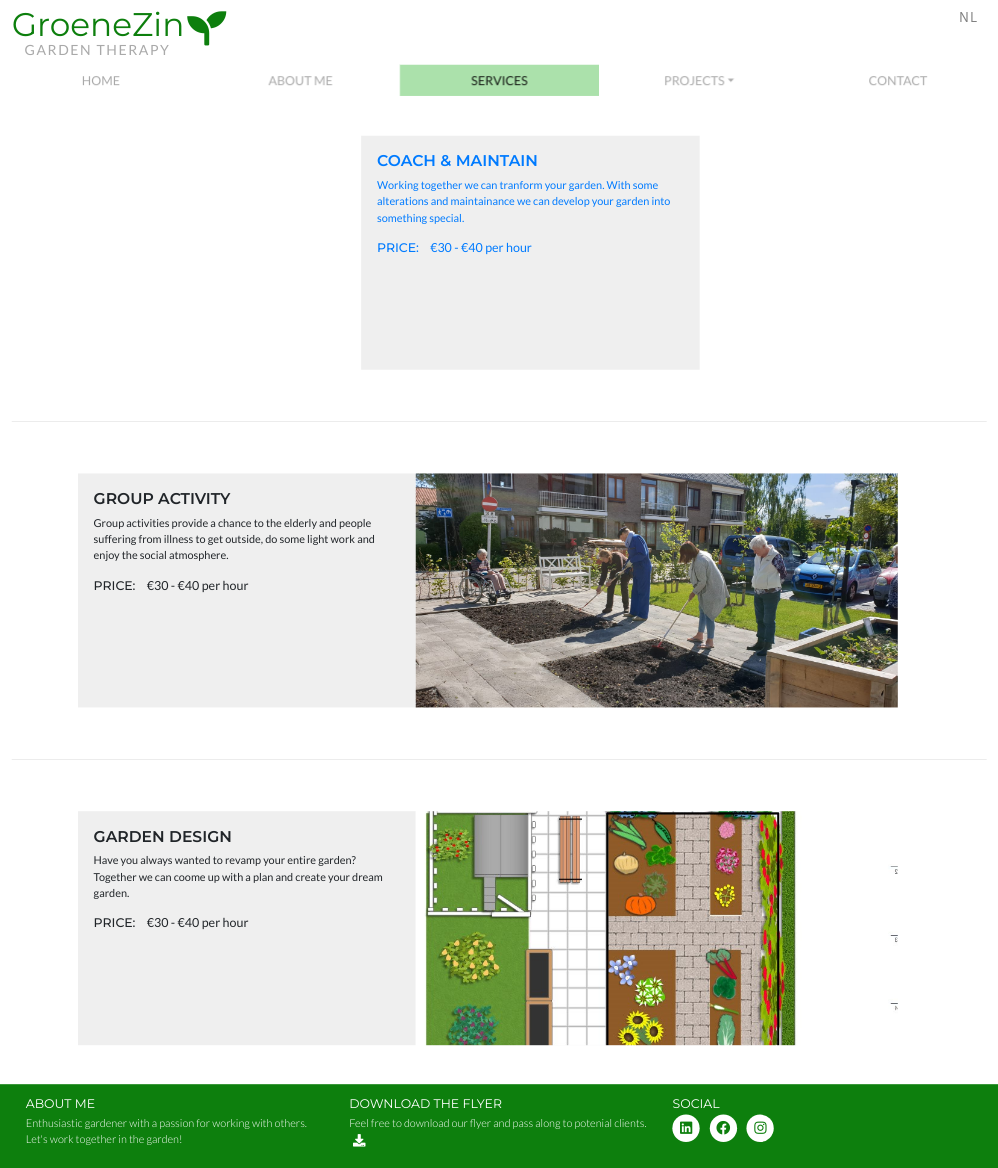
Repository: Sparkplug84/MilestoneProject1
Page: services.html
The author's editor kept a record of every edit. The page is drawn from the files as they stood at one moment, then again after the next edit.
The browser window is 1280 px wide. The pictures show the whole page, at 78% of full size.
Some web libraries are served in a nearby version.

Above is the page before.
Console error: TypeError: Cannot read properties of undefined (reading 'fn')

After the next edit:
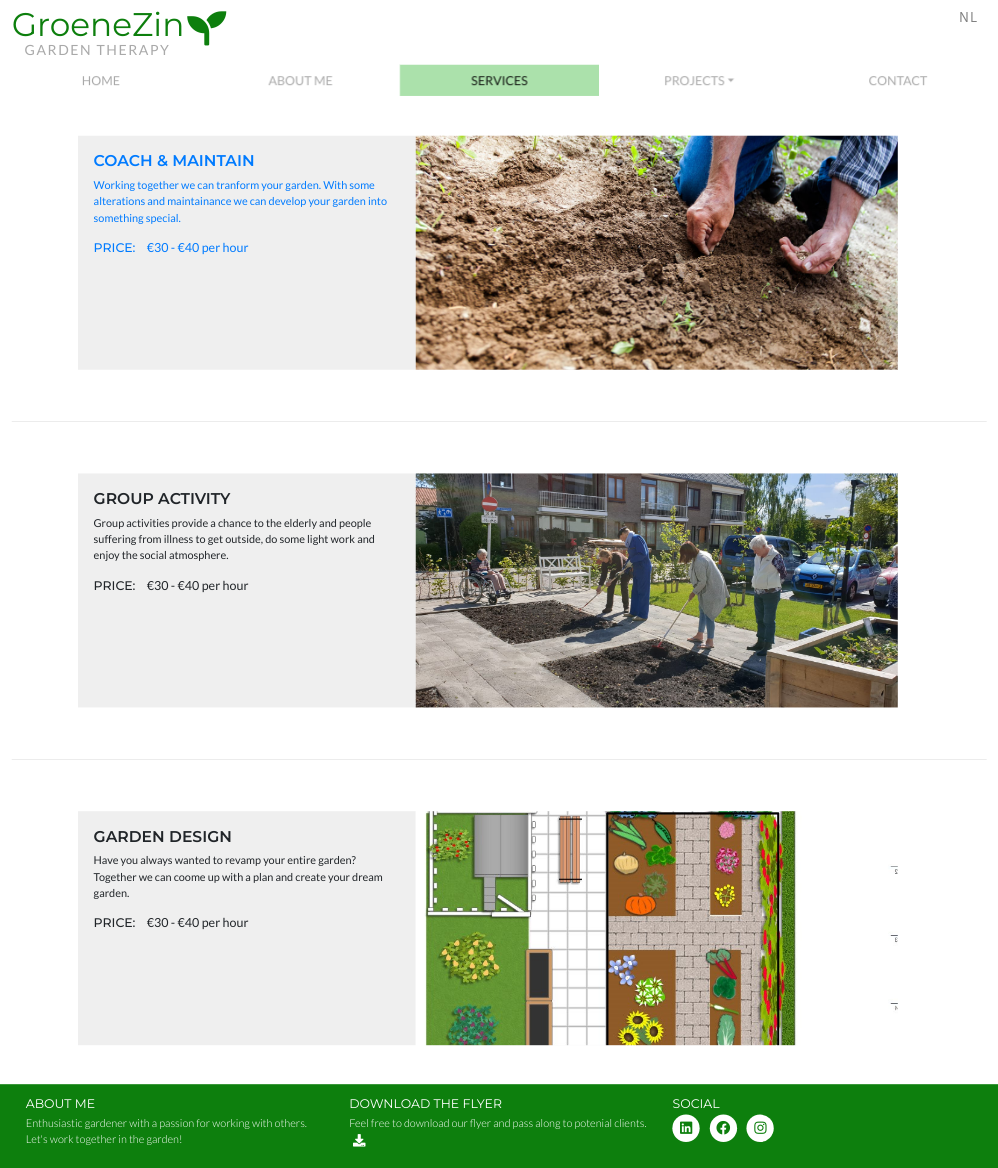
The edit:
--- a/services.html
+++ b/services.html
@@ -57,9 +57,10 @@
     <div class="container-fluid services-container">
 
 
-            <div class="row">
-                <div class="col-md-5 services-section">
-                    <a class="coaching-link" href="coaching.html">
+        <div class="row">
+            <a class="coaching-link" href="coaching.html">
+            <div class="col-md-5 services-section">
+
                     <div class="services-sub">
                         <h5 class="services-heading uppercase">Coach & Maintain</h5>
                         <p class="services-info">Working together we can tranform your garden. With some alterations and maintainance we can develop your garden into something special.
@@ -67,12 +68,13 @@
                         <h6 class="price-heading uppercase">Price:</h6>
                         <p class="price-info">€30 - €40 per hour</p>
                     </div>
-                </div>
-                <div class="col-md-7 photo-section">
-                    <div class="photo-service1"></div>
-                </div>
+                </a>
             </div>
-        </a>
+            <div class="col-md-7 photo-section">
+                <div class="photo-service1"></div>
+            </div>
+        </div>
+
 
         <hr>
 

After the edit that followed:
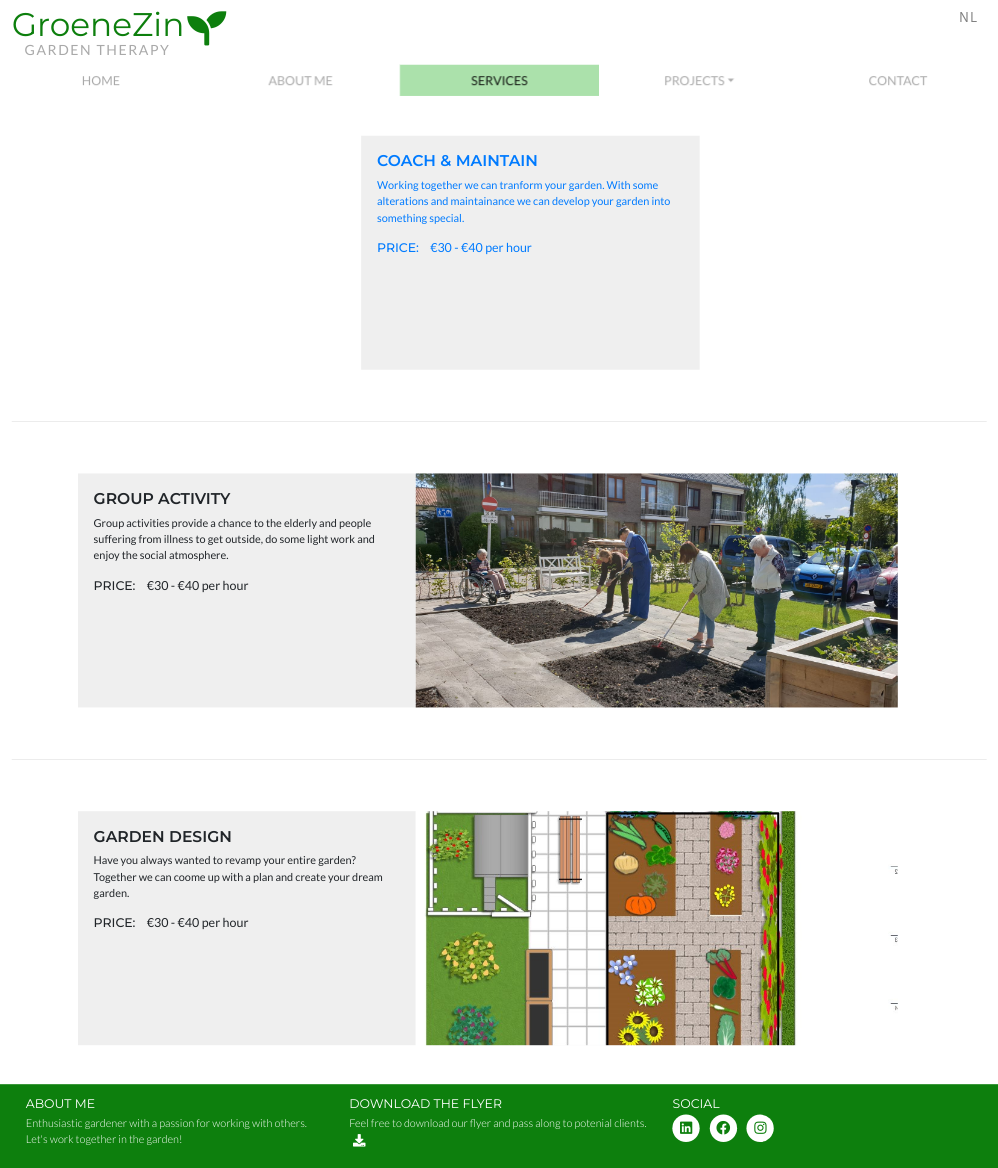
The edit:
--- a/services.html
+++ b/services.html
@@ -55,11 +55,9 @@
 
 
     <div class="container-fluid services-container">
-
-
-        <div class="row">
-            <a class="coaching-link" href="coaching.html">
+<div class="row">
             <div class="col-md-5 services-section">
+                    <a class="coaching-link" href="coaching.html">
 
                     <div class="services-sub">
                         <h5 class="services-heading uppercase">Coach & Maintain</h5>
@@ -68,11 +66,12 @@
                         <h6 class="price-heading uppercase">Price:</h6>
                         <p class="price-info">€30 - €40 per hour</p>
                     </div>
-                </a>
-            </div>
-            <div class="col-md-7 photo-section">
-                <div class="photo-service1"></div>
-            </div>
+
+                </div>
+                <div class="col-md-7 photo-section">
+                    <div class="photo-service1"></div>
+                </div>
+            </a>
         </div>
 
 
